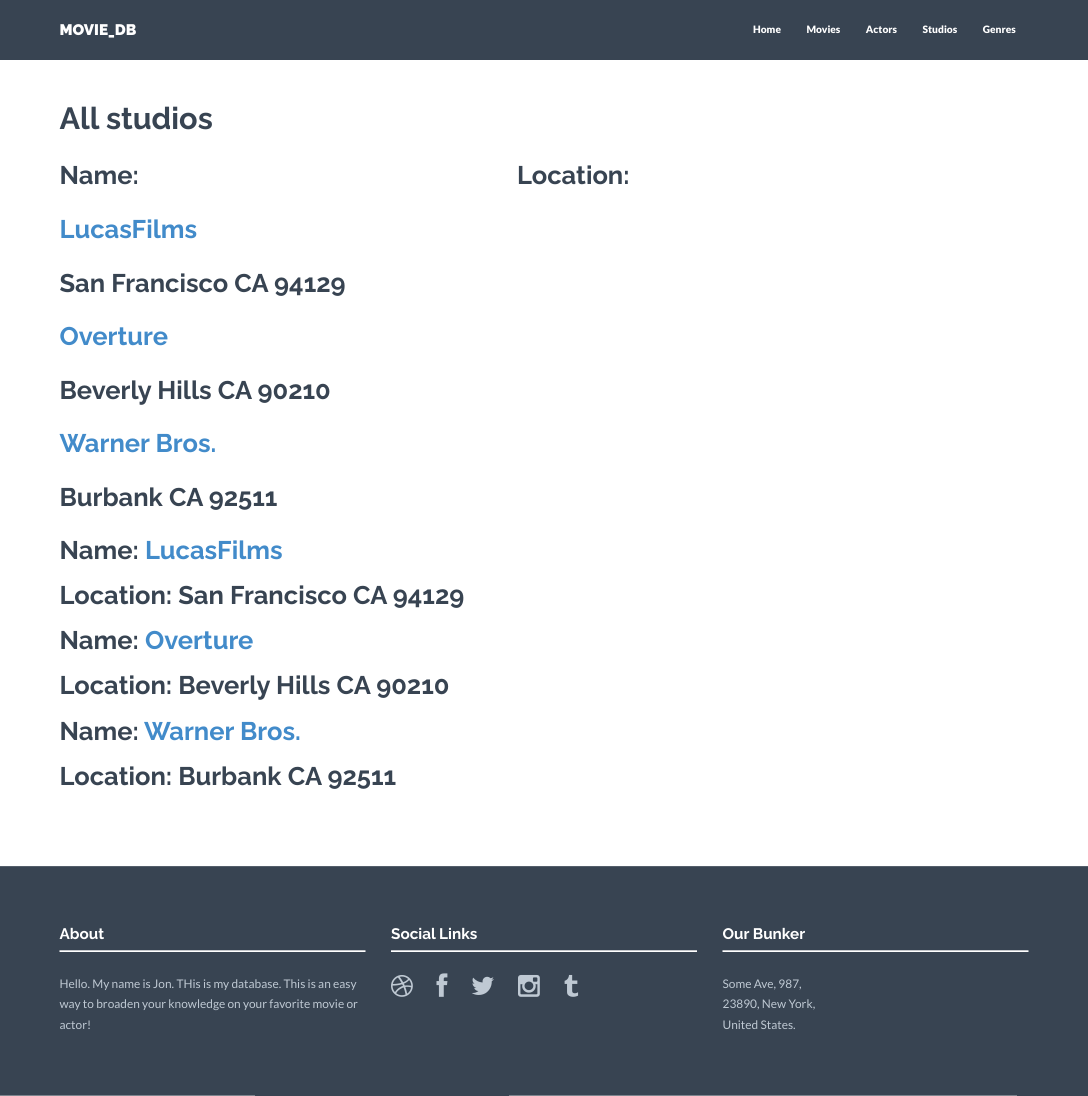
Repository: jonak91/Buzzerd-index
Page: http://localhost/studios.php
The author's editor kept a record of every edit. The page is drawn from the files as they stood at one moment, then again after the next edit.
The browser window is 1280 px wide. The pictures show the whole page, at 85% of full size.
Some web libraries are served in a nearby version. The page is run by PHP 8.4 with error messages shown; the project is at /var/www/html/. The database holds what the project's SQL file puts in it.

Above is the page before.
Not found: assets/js/modernizr.js

After the next edit:
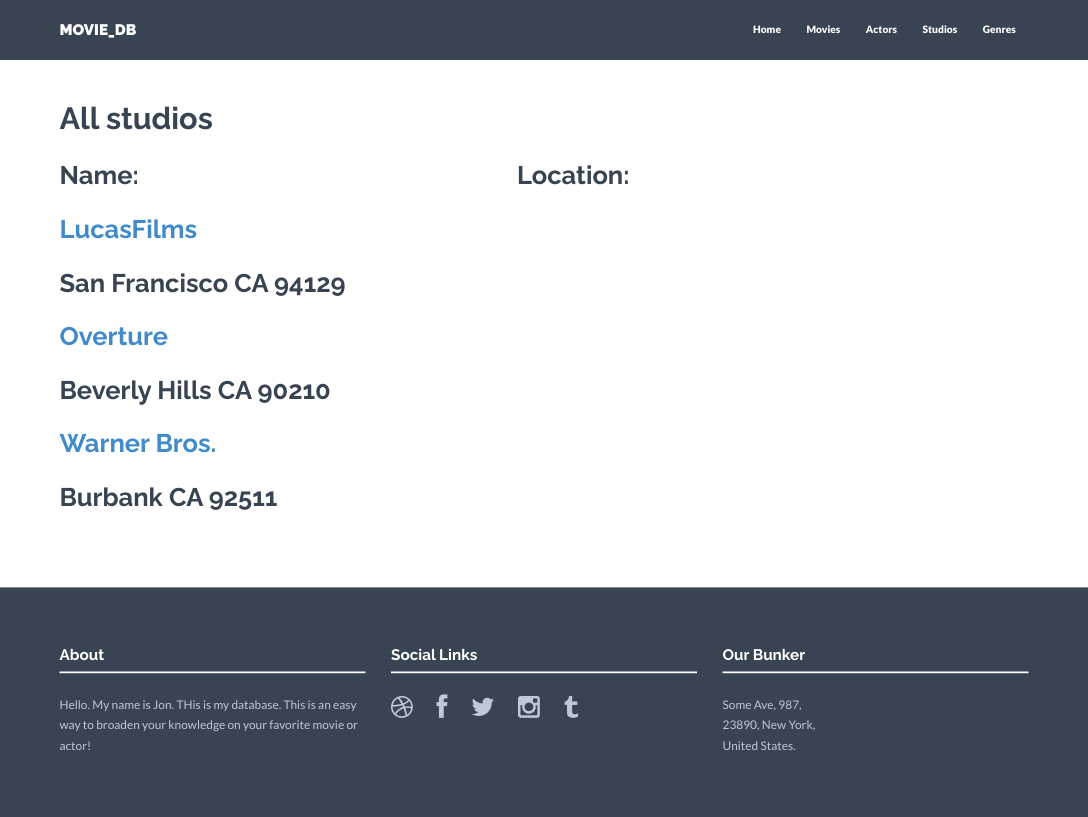
The edit:
--- a/studios.php
+++ b/studios.php
@@ -27,12 +27,6 @@
 
 					</table>
 
-		 		<?php
-		 		$studios = get_studios();
-		 		foreach ($studios as $studio) { ?>
-		 		<h2>Name: <a href="studio.php?sID=<?php echo $studio['sID']; ?>"><?php echo $studio['name']; ?></a></h2>
-		 		<h2>Location: <?php echo $studio['city'].' '. $studio['state'].' '. $studio['zip']; ?></h2>
-		 		<?php } ?>
 			</div><! --/ MAIN CONTENT AREA -->
 
 	 	</div><! --/row -->
